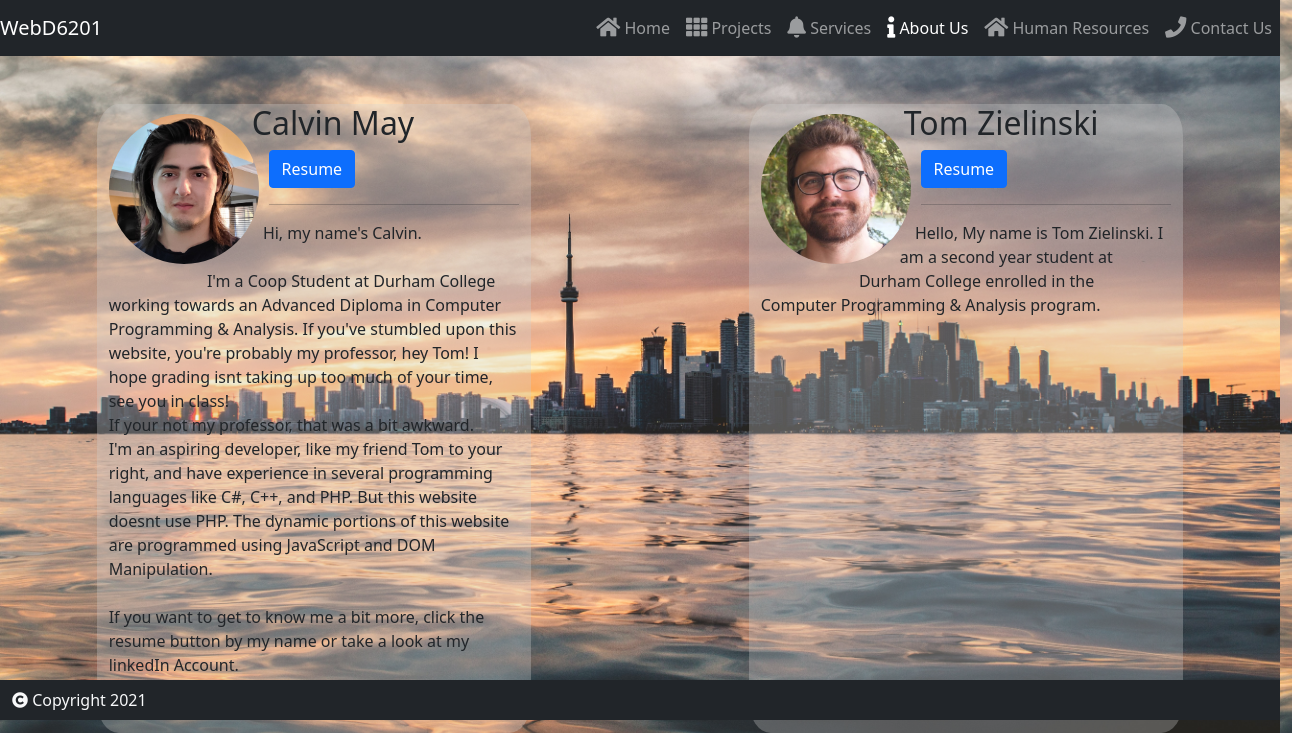
Repository: Tomelinski/Webd6201-Lab02
Page: about.html
The author's editor kept a copy of each file at every save. The page is drawn from the files as they stood at one save, then again after the next save.
The browser window is 1280 px wide. The page is 1292 px wide, so the pictures cover 1292 px, including what lies to the right of the window. The pictures show the whole page.
Backgrounds fixed to the window are drawn as part of the page.

Above is the page before, as saved 2021-02-05 21:05:53.

After the next save:
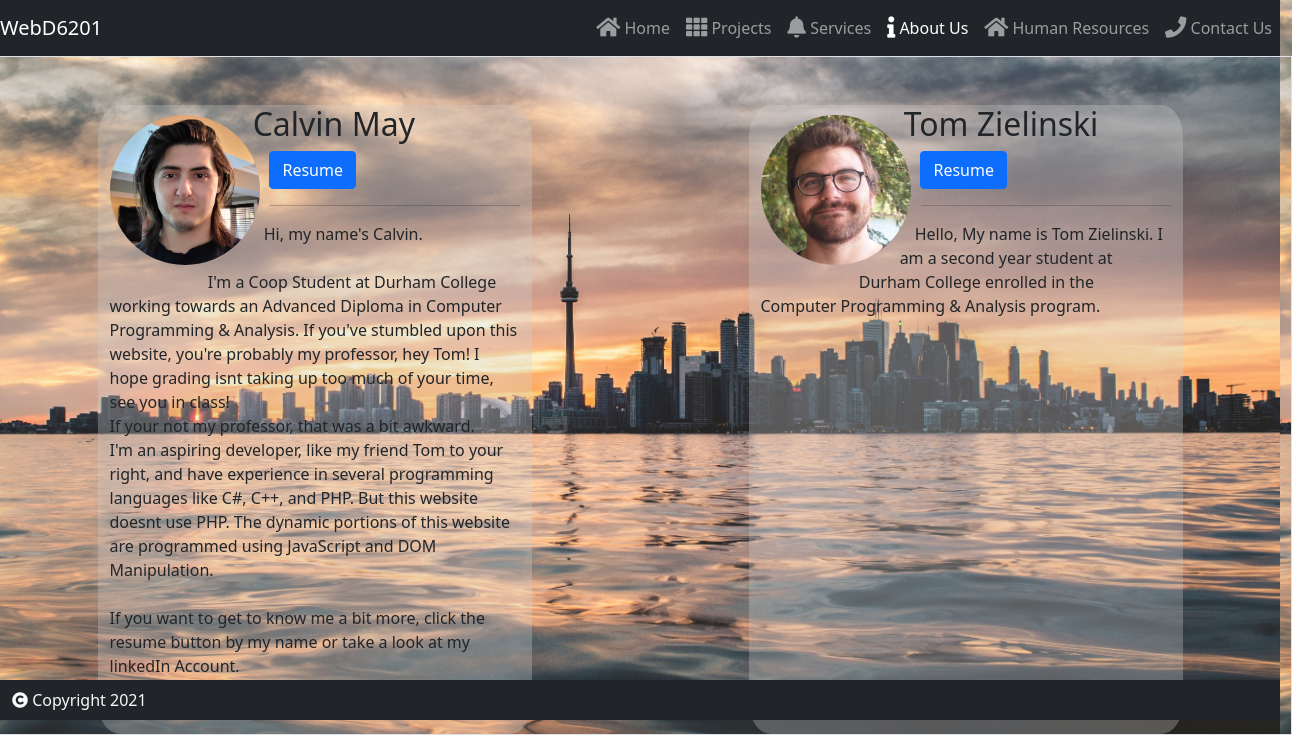
Saved 14 s later.
--- a/about.html
+++ b/about.html
@@ -55,7 +55,7 @@
 
       <main>
         <div class="container"></div>
-          <div class="row justify-content-around border-2">
+          <div class="row justify-content-around border border-1">
             <div id="about-calvin" class="col-4 mt-5 about-background">
 
             </div>

After the save that followed:
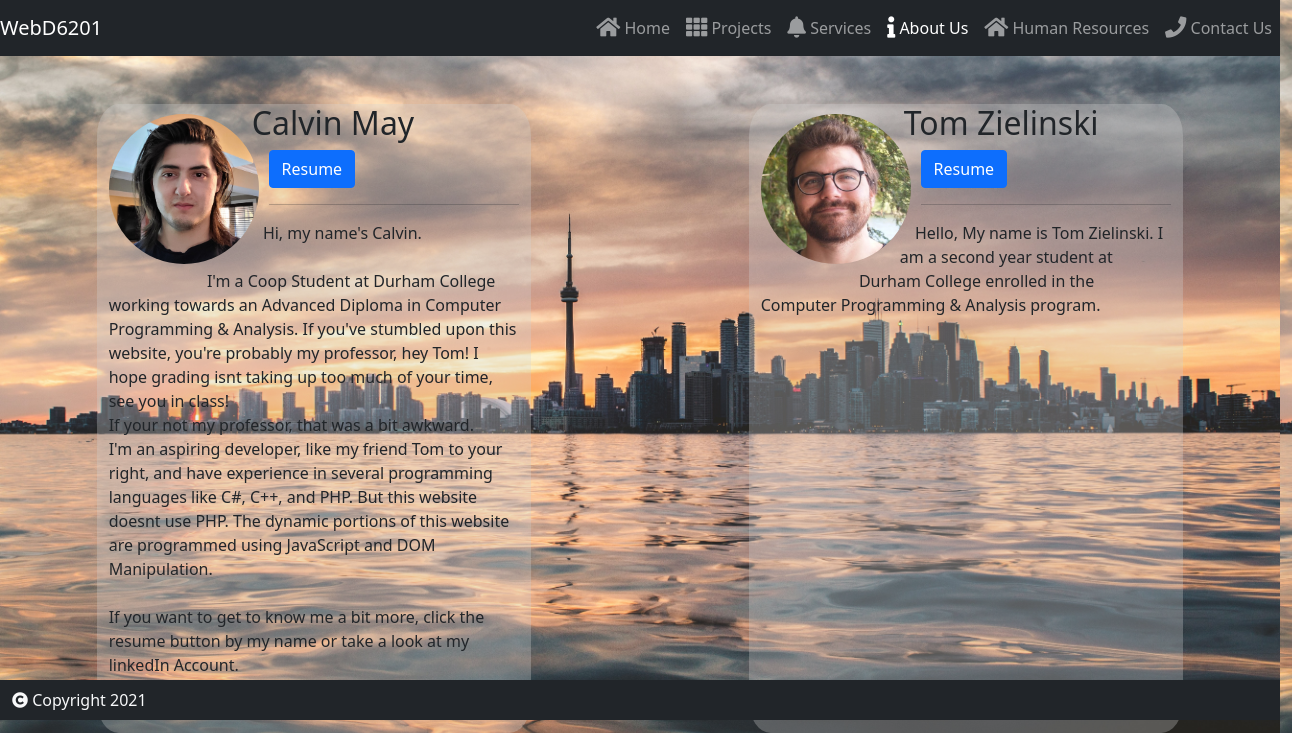
Saved 4 s later.
--- a/about.html
+++ b/about.html
@@ -55,7 +55,7 @@
 
       <main>
         <div class="container"></div>
-          <div class="row justify-content-around border border-1">
+          <div class="row justify-content-around">
             <div id="about-calvin" class="col-4 mt-5 about-background">
 
             </div>
